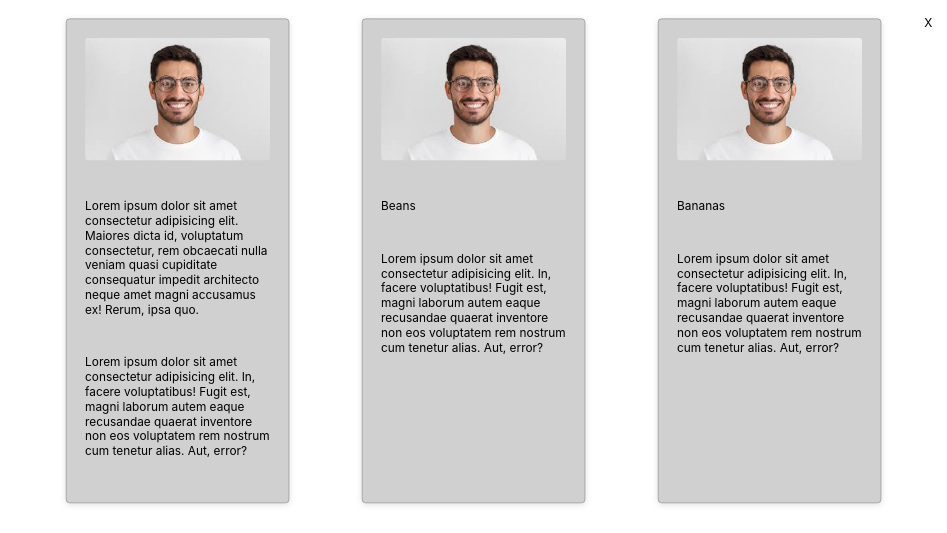
Repository: mikelnorth/team-profile-demo
Page: /
An editor plug-in stored every save of this project. The page is shown before and after the next save, followed by the edit.
The browser window is 1280 px wide. The pictures show the whole page, at 74% of full size.
The project was rebuilt for these pictures with package versions that can differ from the ones it lists, and the page was loaded fresh each time.

Above is the page before, as saved 2022-05-19 19:55:42.

### src/index.js
import React from 'react';
import ReactDOM from 'react-dom/client';
import { BrowserRouter, Routes, Route } from 'react-router-dom';
import './index.css';
import App from './App';
import reportWebVitals from './reportWebVitals';

const root = ReactDOM.createRoot(document.getElementById('root'));
root.render(
  <React.StrictMode>
    <BrowserRouter>
      <Routes>
        <Route element={<App />}>
            <Route path="/" element={<div />}/>
          </Route>
        <Route path="/person/:id" element={<person />}/>
      </Routes>
    </BrowserRouter>
  </React.StrictMode>
);

// If you want to start measuring performance in your app, pass a function
// to log results (for example: reportWebVitals(console.log))
// or send to an analytics endpoint. Learn more: https://bit.ly/CRA-vitals
reportWebVitals();

### src/App.js
import { useState } from 'react';
import './App.scss';
import Card from './components/Card';
import { getPeople } from './api/person.js';
import React from 'react';
import { Link } from 'react-router-dom';

function App() {

  const [people] = useState(getPeople());

  return (
    <div className="App">
      <nav className="nav">X</nav>

      <main>
        {people.map((person) => {
          return <Card person={person}></Card>
        })}
      </main>

    </div>
  );
}

export default App;

### src/App.scss
nav {
  position: absolute;
  top: 20px;
  right: 20px;
}

main {
  display: flex;
  justify-content: space-around;
  max-width: 1200px;
  margin: auto;
  padding: 25px;
}

### src/components/Card.js
import headshot from "../assets/images/stock-head.jpeg";
import './Card.scss';

export default function Card({person}) {
  const {id, image, text} = person;

  return (
    <section className="card" key={id}>
      <img src={image} alt="headshot" />
      <p>
        {text}
      </p>
      <p>
        Lorem ipsum dolor sit amet consectetur adipisicing elit. In, facere
        voluptatibus! Fugit est, magni laborum autem eaque recusandae quaerat
        inventore non eos voluptatem rem nostrum cum tenetur alias. Aut, error?
      </p>
    </section>
  );
}

### src/api/person.js
import headshot from "../assets/images/stock-head.jpeg"

export function getPeople() {
  return [
    {
      id: 1,
      image: headshot,
      text: "Lorem ipsum dolor sit amet consectetur adipisicing elit. Maiores dicta id, voluptatum consectetur, rem obcaecati nulla veniam quasi cupiditate consequatur impedit architecto neque amet magni accusamus ex! Rerum, ipsa quo."
    },
    {
      id: 2,
      image: headshot,
      text: "Beans"
    },
    {
      id: 3,
      image: headshot,
      text: "Bananas"
    }
  ];
}

### src/components/Card.scss
.card {
  display: flex;
  flex-direction: column;
  width: 250px;
  padding: 25px;
  background-color: #d0d0d0;
  border: 1px solid #969696;
  border-radius: 5px;
  box-shadow: rgba(99, 99, 99, 0.2) 0px 2px 8px 0px;

  img {
    border-radius: 5px;
  }

  p, img {
    margin-bottom: 35px;
  }
}

Loaded but not shown: public/index.html (common file); src/index.css (common file); src/reportWebVitals.js (common file)

After the next save:
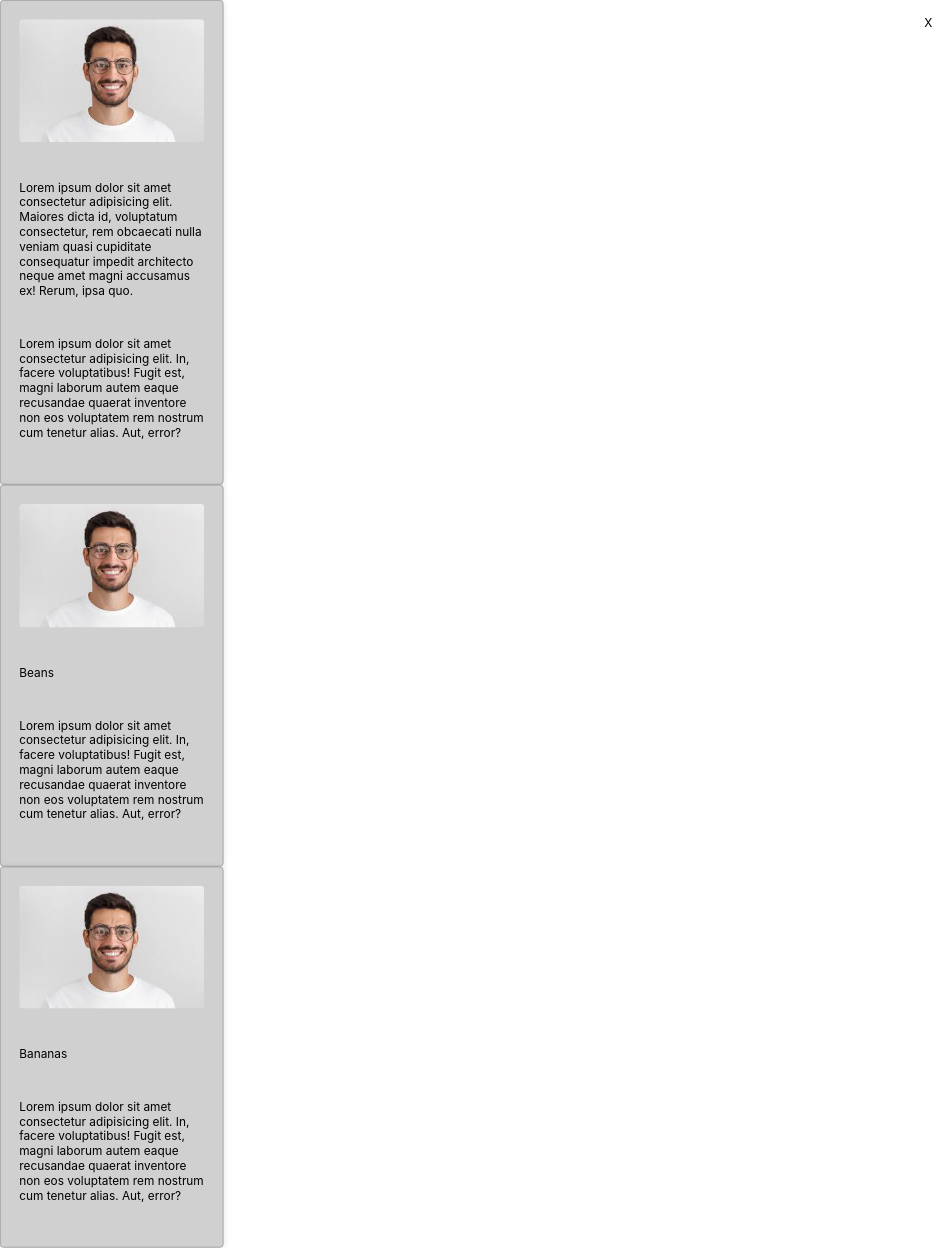
Saved 14 s later.
--- a/src/App.js
+++ b/src/App.js
@@ -13,11 +13,9 @@ function App() {
     <div className="App">
       <nav className="nav">X</nav>
 
-      <main>
         {people.map((person) => {
           return <Card person={person}></Card>
         })}
-      </main>
 
     </div>
   );
